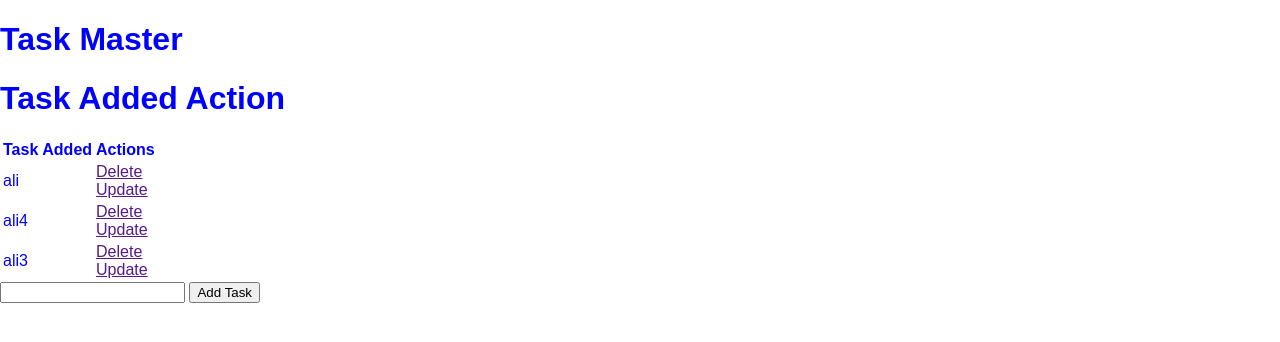
Repository: zamaniali1995/Flask-Intro
Page: http://localhost/
The author's editor kept a copy of each file at every save. The page is drawn from the files as they stood at one save, then again after the next save.
The browser window is 1280 px wide. The pictures show the whole page.
The page is served by the project's application, run on Flask 3 (app.py). The page reads the database file committed with the project.

Above is the page before, as saved 2021-05-12 15:12:47.

### templates/index.html
{% extends 'base.html' %} {% block head %}
<h1>Task Master</h1>{% endblock %} {% block body %}
<div class="content">
    <h1>Task Added Action</h1>

    <table>
        <tr>
            <th>Task</th>
            <th>Added</th>
            <th>Actions</th>
        </tr>
        {% for task in tasks %}
        <tr>
            <td>{{ task.content }}</td>
            <td></td>
            <td>
                <a href="">Delete</a>
                <br>
                <a href="">Update</a>
            </td>
        </tr>
        {% endfor %}
    </table>

    <form action="/" method="POST">
        <input type="text" name="content" id="content">
        <input type="submit" value="Add Task">
    </form>
</div>
{% endblock %}

### templates/base.html
<!DOCTYPE html>
<html lang="en">

<head>
    <meta charset="UTF-8">
    <meta name="viewport" content="width=device-width, initial-scale=1.0">
    <link rel="stylesheet" href="{{ url_for('static', filename='css/main.css') }}"> {% block head %}{% endblock %}
</head>

<body>
    {% block body %}{% endblock %}
</body>

</html>

### app.py
from flask import Flask, render_template, url_for, request, request
from flask_sqlalchemy import SQLAlchemy
from datetime import datetime

app = Flask(__name__)
app.config['SQLALCHEMY_DATABASE_URI'] = 'sqlite:///test.db'
db = SQLAlchemy(app)


class Todo(db.Model):
    id = db.Column(db.Integer, primary_key=True)
    content = db.Column(db.String(200), nullable=False)
    date_created = db.Column(db.DateTime, default=datetime.utcnow)

    def __repr__(self):
        return '<Task %r>' % self.id
@app.route('/', methods=['POST', 'GET'])
def index():
    if request.method == 'POST':
        task_content = request.form['content']
        new_task = Todo(content=task_content)

        try:
            # db.session.add(new_task)
            # db.session.commit()
            return redirect('/')
        except:
            return 'There was an issue adding your task'
    else:
        tasks = Todo.query.order_by(Todo.date_created).all()
        return render_template("index.html", tasks=tasks)

if __name__ == "__main__":
    app.run(debug=True)

### static/css/main.css
body {
    margin: 0;
    font-family: sans-serif;
    color: blue;
}

### test.db (the tables this page reads, as SQL)
CREATE TABLE todo (
	id INTEGER NOT NULL, 
	content VARCHAR(200) NOT NULL, 
	date_created DATETIME, 
	PRIMARY KEY (id)
);
INSERT INTO "todo" VALUES
(1, 'ali', '2021-05-12 21:20:14.103203'),
(2, 'ali4', '2021-05-12 21:24:48.061862'),
(3, 'ali3', '2021-05-12 21:24:50.670287');

After the next save:
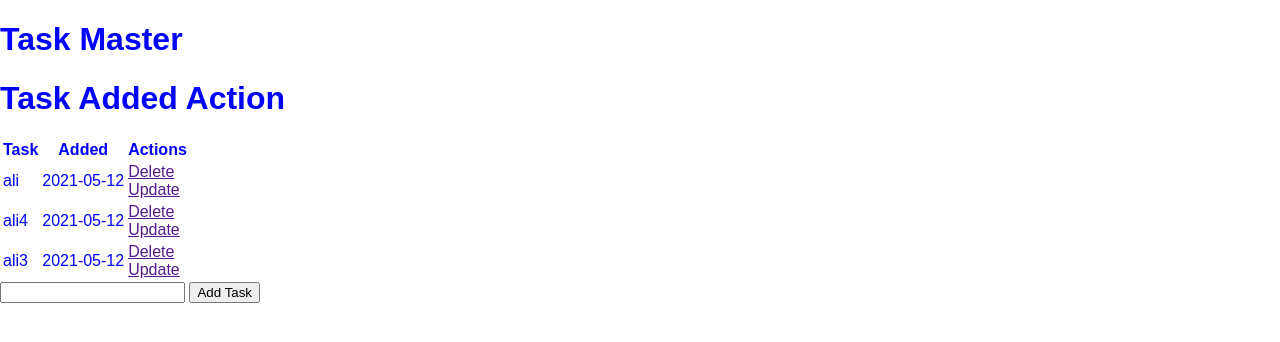
Saved 35 s later.
--- a/templates/index.html
+++ b/templates/index.html
@@ -12,7 +12,7 @@
         {% for task in tasks %}
         <tr>
             <td>{{ task.content }}</td>
-            <td></td>
+            <td>{{ task.date_created.date() }}</td>
             <td>
                 <a href="">Delete</a>
                 <br>
